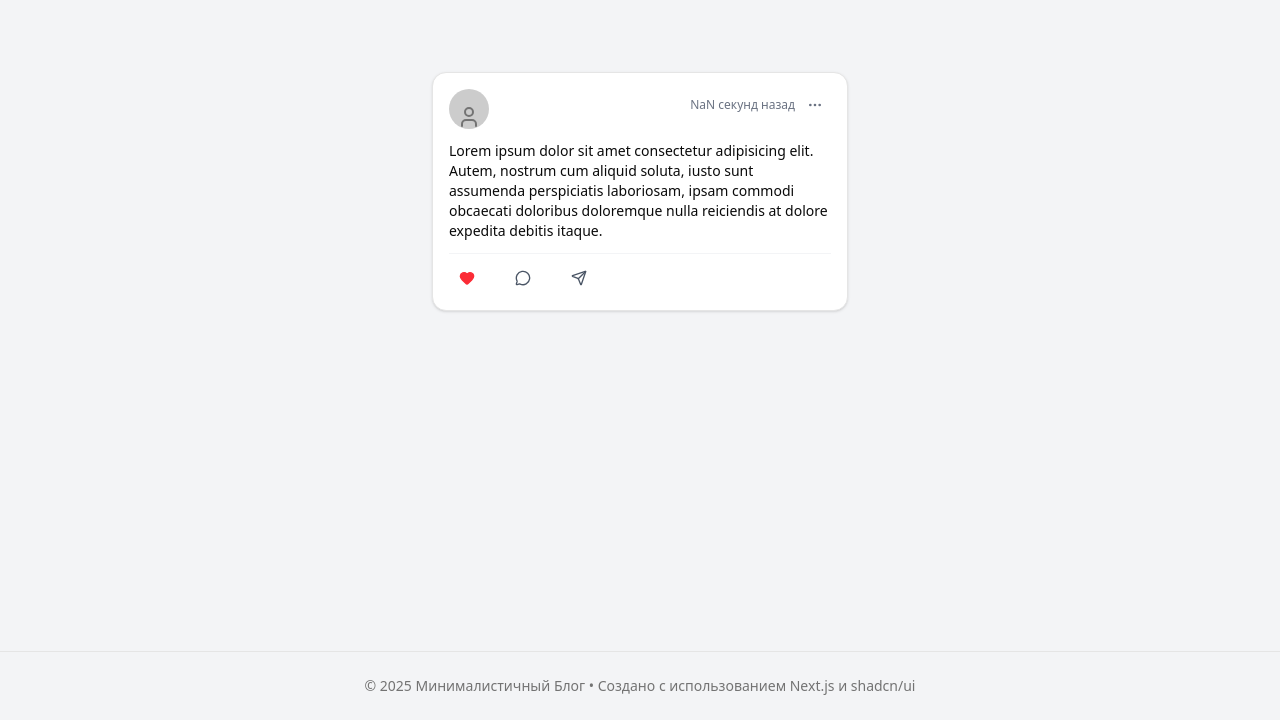
Repository: maxempolk/Telegram-channel
Page: /
The author's editor kept a copy of each file at every save. The page is drawn from the files as they stood at one save, then again after the next save.
The browser window is 1280 px wide. The pictures show the whole page.
The project was rebuilt for these pictures with package versions that can differ from the ones it lists, and the page was loaded fresh each time. The framework's server and built-in components were replaced by stand-ins that run in the browser. Also part of the build but not shown: next.config.ts.

Above is the page before, as saved 2025-03-09 01:33:58.

### src/app/layout.tsx
import type { Metadata } from 'next';
import { Geist, Geist_Mono } from 'next/font/google';
import '@/app/globals.css';
import Header from '@/components/header/Header';
import Footer from '@/components/footer/Footer';

const geistSans = Geist({
  variable: '--font-geist-sans',
  subsets: ['latin'],
});

const geistMono = Geist_Mono({
  variable: '--font-geist-mono',
  subsets: ['latin'],
});

export const metadata: Metadata = {
  title: 'Create Next App',
  description: 'Generated by create next app',
};

export default function RootLayout({
  children,
}: Readonly<{
  children: React.ReactNode;
}>) {
  return (
    <html lang="en">
      <body className={`${geistSans.variable} ${geistMono.variable} antialiased`}>
        <div className="flex flex-col w-full h-screen overflow-x-hidden">
          <Header />
          <main className="container mx-auto py-6 grow">{children}</main>
          <Footer />
        </div>
      </body>
    </html>
  );
}

### src/app/page.tsx
import Post from '@/components/post/Post';

export default function Home() {
  const fake_post = {
    id: 1,
    title: 'post1',
    content:
      'Lorem ipsum dolor sit amet consectetur adipisicing elit. Autem, nostrum cum aliquid soluta, iusto sunt assumenda perspiciatis laboriosam, ipsam commodi obcaecati doloribus doloremque nulla reiciendis at dolore expedita debitis itaque.',
    createdAt: new Date(),
    updatedAt: new Date(),
    imagesUrl: ['afsfasafs'],
    tags: [] as string[],
  };
  return (
    <>
      <Post post={fake_post} />
    </>
  );
}

### src/app/globals.css
@import 'tailwindcss';

@plugin "tailwindcss-animate";

@custom-variant dark (&:is(.dark *));

@theme inline {
  --color-background: var(--background);
  --color-foreground: var(--foreground);
  --font-sans: var(--font-geist-sans);
  --font-mono: var(--font-geist-mono);
  --color-sidebar-ring: var(--sidebar-ring);
  --color-sidebar-border: var(--sidebar-border);
  --color-sidebar-accent-foreground: var(--sidebar-accent-foreground);
  --color-sidebar-accent: var(--sidebar-accent);
  --color-sidebar-primary-foreground: var(--sidebar-primary-foreground);
  --color-sidebar-primary: var(--sidebar-primary);
  --color-sidebar-foreground: var(--sidebar-foreground);
  --color-sidebar: var(--sidebar);
  --color-chart-5: var(--chart-5);
  --color-chart-4: var(--chart-4);
  --color-chart-3: var(--chart-3);
  --color-chart-2: var(--chart-2);
  --color-chart-1: var(--chart-1);
  --color-ring: var(--ring);
  --color-input: var(--input);
  --color-border: var(--border);
  --color-destructive-foreground: var(--destructive-foreground);
  --color-destructive: var(--destructive);
  --color-accent-foreground: var(--accent-foreground);
  --color-accent: var(--accent);
  --color-muted-foreground: var(--muted-foreground);
  --color-muted: var(--muted);
  --color-secondary-foreground: var(--secondary-foreground);
  --color-secondary: var(--secondary);
  --color-primary-foreground: var(--primary-foreground);
  --color-primary: var(--primary);
  --color-popover-foreground: var(--popover-foreground);
  --color-popover: var(--popover);
  --color-card-foreground: var(--card-foreground);
  --color-card: var(--card);
  --radius-sm: calc(var(--radius) - 4px);
  --radius-md: calc(var(--radius) - 2px);
  --radius-lg: var(--radius);
  --radius-xl: calc(var(--radius) + 4px);
}

body {
  background-color: var(--background);
}

:root {
  --background: oklch(96.7% 0.0029 264.54);
  --foreground: oklch(0.145 0 0);
  --card: oklch(1 0 0);
  --card-foreground: oklch(0.145 0 0);
  --popover: oklch(1 0 0);
  --popover-foreground: oklch(0.145 0 0);
  --primary: oklch(0.205 0 0);
  --primary-foreground: oklch(0.985 0 0);
  --secondary: oklch(0.97 0 0);
  --secondary-foreground: oklch(0.205 0 0);
  --muted: oklch(0.97 0 0);
  --muted-foreground: oklch(0.556 0 0);
  --accent: oklch(0.97 0 0);
  --accent-foreground: oklch(0.205 0 0);
  --destructive: oklch(0.577 0.245 27.325);
  --destructive-foreground: oklch(0.577 0.245 27.325);
  --border: oklch(0.922 0 0);
  --input: oklch(0.922 0 0);
  --ring: oklch(0.708 0 0);
  --chart-1: oklch(0.646 0.222 41.116);
  --chart-2: oklch(0.6 0.118 184.704);
  --chart-3: oklch(0.398 0.07 227.392);
  --chart-4: oklch(0.828 0.189 84.429);
  --chart-5: oklch(0.769 0.188 70.08);
  --radius: 0.625rem;
  --sidebar: oklch(0.985 0 0);
  --sidebar-foreground: oklch(0.145 0 0);
  --sidebar-primary: oklch(0.205 0 0);
  --sidebar-primary-foreground: oklch(0.985 0 0);
  --sidebar-accent: oklch(0.97 0 0);
  --sidebar-accent-foreground: oklch(0.205 0 0);
  --sidebar-border: oklch(0.922 0 0);
  --sidebar-ring: oklch(0.708 0 0);
}

.dark {
  --background: oklch(0.145 0 0);
  --foreground: oklch(0.985 0 0);
  --card: oklch(0.145 0 0);
  --card-foreground: oklch(0.985 0 0);
  --popover: oklch(0.145 0 0);
  --popover-foreground: oklch(0.985 0 0);
  --primary: oklch(0.985 0 0);
  --primary-foreground: oklch(0.205 0 0);
  --secondary: oklch(0.269 0 0);
  --secondary-foreground: oklch(0.985 0 0);
  --muted: oklch(0.269 0 0);
  --muted-foreground: oklch(0.708 0 0);
  --accent: oklch(0.269 0 0);
  --accent-foreground: oklch(0.985 0 0);
  --destructive: oklch(0.396 0.141 25.723);
  --destructive-foreground: oklch(0.637 0.237 25.331);
  --border: oklch(0.269 0 0);
  --input: oklch(0.269 0 0);
  --ring: oklch(0.439 0 0);
  --chart-1: oklch(0.488 0.243 264.376);
  --chart-2: oklch(0.696 0.17 162.48);
  --chart-3: oklch(0.769 0.188 70.08);
  --chart-4: oklch(0.627 0.265 303.9);
  --chart-5: oklch(0.645 0.246 16.439);
  --sidebar: oklch(0.205 0 0);
  --sidebar-foreground: oklch(0.985 0 0);
  --sidebar-primary: oklch(0.488 0.243 264.376);
  --sidebar-primary-foreground: oklch(0.985 0 0);
  --sidebar-accent: oklch(0.269 0 0);
  --sidebar-accent-foreground: oklch(0.985 0 0);
  --sidebar-border: oklch(0.269 0 0);
  --sidebar-ring: oklch(0.439 0 0);
}

@layer base {
  * {
    @apply border-border outline-ring/50;
  }
  body {
    @apply bg-background text-foreground;
  }
}

### src/components/header/Header.tsx
const Header = () => {
  return (
    <header className="sticky container mx-auto py-4">
      {/* <h1 className="text-3xl font-bold tracking-tight mb-1">Teleblog</h1> */}
    </header>
  );
};

export default Header;

### src/components/footer/Footer.tsx
const Footer = () => {
  return (
    <footer className="border-t mt-12">
      <div className="container mx-auto py-6 text-center text-sm text-muted-foreground">
        © 2025 Минималистичный Блог • Создано с использованием Next.js и shadcn/ui
      </div>
    </footer>
  );
};

export default Footer;

### src/components/post/Post.tsx
import { Card, CardContent } from '@/components/ui/card';
import { Button } from '@/components/ui/button';
import { Heart, MessageCircle, Send, Bookmark, MoreHorizontal, User } from 'lucide-react';
import { FC } from 'react';
import { Post as PrismaPostType } from '@prisma/client';
import getTimeAgo from '@/utils/getTimeAgo';

interface PostProps {
  post: PrismaPostType;
}

const Post: FC<PostProps> = ({ post }) => {
  // const handleLike = (id: number) => {
  //   setPosts(
  //     posts.map(post => {
  //       if (post.id === id) {
  //         return {
  //           ...post,
  //           liked: !post.liked,
  //           likes: post.liked ? post.likes - 1 : post.likes + 1,
  //         };
  //       }
  //       return post;
  //     })
  //   );
  // };

  // const handleSave = (id: number) => {
  //   setPosts(
  //     posts.map(post => {
  //       if (post.id === id) {
  //         return { ...post, saved: !post.saved };
  //       }
  //       return post;
  //     })
  //   );
  // };

  return (
    <div className="flex flex-col gap-4 w-full max-w-md mx-auto p-4">
      <Card key={post.id}>
        <CardContent className="p-4">
          <div className="flex justify-between items-start mb-3">
            <div className="flex items-center gap-2">
              <div className="size-10 flex justify-center items-end rounded-full bg-black/20">
                <User className="text-muted-foreground size-6" />
              </div>
            </div>
            <div className="text-xs text-gray-500 flex items-center">
              {getTimeAgo(post.date)}
              <Button variant="ghost" size="icon" className="h-8 w-8 ml-1">
                <MoreHorizontal className="h-4 w-4" />
              </Button>
            </div>
          </div>

          <div className="text-sm mb-3">{post.content}</div>

          <div className="flex justify-between items-center pt-2 border-t border-gray-100">
            <div className="flex gap-4">
              <Button
                variant="ghost"
                size="sm"
                className="px-0 h-8 text-gray-600"
                // onClick={() => handleLike(post.id)}
              >
                {/* TODO: добавить проверку лайкнут ли пост */}
                <Heart className={`h-4 w-4 mr-1 ${true ? 'fill-red-500 text-red-500' : ''}`} />
                {/* <span className="text-xs">{post.likes}</span> */}
              </Button>
              <Button variant="ghost" size="sm" className="px-0 h-8 text-gray-600">
                <MessageCircle className="h-4 w-4 mr-1" />
                {/* <span className="text-xs">{post.comments}</span> */}
              </Button>
              <Button variant="ghost" size="sm" className="px-0 h-8 text-gray-600">
                <Send className="h-4 w-4" />
              </Button>
            </div>
            <Button
              variant="ghost"
              size="sm"
              className="px-0 h-8"
              // onClick={() => handleSave(post.id)}
            >
              {/* <Bookmark
                className={`h-4 w-4 ${post.saved ? 'fill-blue-500 text-blue-500' : 'text-gray-600'}`}
              /> */}
            </Button>
          </div>
        </CardContent>
      </Card>
    </div>
  );
};

export default Post;

### src/components/ui/card.tsx
import * as React from 'react';

import { cn } from '@/lib/utils';

function Card({ className, ...props }: React.ComponentProps<'div'>) {
  return (
    <div
      data-slot="card"
      className={cn(
        'bg-card text-card-foreground flex flex-col gap-6 rounded-xl border shadow-sm',
        className
      )}
      {...props}
    />
  );
}

function CardHeader({ className, ...props }: React.ComponentProps<'div'>) {
  return (
    <div
      data-slot="card-header"
      className={cn('flex flex-col gap-1.5 px-6', className)}
      {...props}
    />
  );
}

function CardTitle({ className, ...props }: React.ComponentProps<'div'>) {
  return (
    <div
      data-slot="card-title"
      className={cn('leading-none font-semibold', className)}
      {...props}
    />
  );
}

function CardDescription({ className, ...props }: React.ComponentProps<'div'>) {
  return (
    <div
      data-slot="card-description"
      className={cn('text-muted-foreground text-sm', className)}
      {...props}
    />
  );
}

function CardContent({ className, ...props }: React.ComponentProps<'div'>) {
  return <div data-slot="card-content" className={cn('px-6', className)} {...props} />;
}

function CardFooter({ className, ...props }: React.ComponentProps<'div'>) {
  return (
    <div data-slot="card-footer" className={cn('flex items-center px-6', className)} {...props} />
  );
}

export { Card, CardHeader, CardFooter, CardTitle, CardDescription, CardContent };

### src/components/ui/button.tsx
import * as React from 'react';
import { Slot } from '@radix-ui/react-slot';
import { cva, type VariantProps } from 'class-variance-authority';

import { cn } from '@/lib/utils';

const buttonVariants = cva(
  "inline-flex items-center justify-center gap-2 whitespace-nowrap rounded-md text-sm font-medium transition-[color,box-shadow] disabled:pointer-events-none disabled:opacity-50 [&_svg]:pointer-events-none [&_svg:not([class*='size-'])]:size-4 shrink-0 [&_svg]:shrink-0 outline-none focus-visible:border-ring focus-visible:ring-ring/50 focus-visible:ring-[3px] aria-invalid:ring-destructive/20 dark:aria-invalid:ring-destructive/40 aria-invalid:border-destructive",
  {
    variants: {
      variant: {
        default: 'bg-primary text-primary-foreground shadow-xs hover:bg-primary/90',
        destructive:
          'bg-destructive text-white shadow-xs hover:bg-destructive/90 focus-visible:ring-destructive/20 dark:focus-visible:ring-destructive/40',
        outline:
          'border border-input bg-background shadow-xs hover:bg-accent hover:text-accent-foreground',
        secondary: 'bg-secondary text-secondary-foreground shadow-xs hover:bg-secondary/80',
        ghost: 'hover:bg-accent hover:text-accent-foreground',
        link: 'text-primary underline-offset-4 hover:underline',
      },
      size: {
        default: 'h-9 px-4 py-2 has-[>svg]:px-3',
        sm: 'h-8 rounded-md gap-1.5 px-3 has-[>svg]:px-2.5',
        lg: 'h-10 rounded-md px-6 has-[>svg]:px-4',
        icon: 'size-9',
      },
    },
    defaultVariants: {
      variant: 'default',
      size: 'default',
    },
  }
);

function Button({
  className,
  variant,
  size,
  asChild = false,
  ...props
}: React.ComponentProps<'button'> &
  VariantProps<typeof buttonVariants> & {
    asChild?: boolean;
  }) {
  const Comp = asChild ? Slot : 'button';

  return (
    <Comp
      data-slot="button"
      className={cn(buttonVariants({ variant, size, className }))}
      {...props}
    />
  );
}

export { Button, buttonVariants };

### src/utils/getTimeAgo.ts
export default function getTimeAgo(timestamp: number) {
  const now = new Date().getTime();

  const messageTime = timestamp * 1000;

  const diff = now - messageTime;

  const seconds = Math.floor(diff / 1000);

  const minutes = Math.floor(seconds / 60);
  const hours = Math.floor(minutes / 60);
  const days = Math.floor(hours / 24);
  const months = Math.floor(days / 30.44);
  const years = Math.floor(months / 12);

  const pluralize = (number: number, one: string, few: string, many: string) => {
    if (number % 10 === 1 && number % 100 !== 11) {
      return `${number} ${one}`;
    } else if ([2, 3, 4].includes(number % 10) && ![12, 13, 14].includes(number % 100)) {
      return `${number} ${few}`;
    } else {
      return `${number} ${many}`;
    }
  };

  if (years > 0) {
    return pluralize(years, 'год', 'года', 'лет') + ' назад';
  } else if (months > 0) {
    return pluralize(months, 'месяц', 'месяца', 'месяцев') + ' назад';
  } else if (days > 0) {
    return pluralize(days, 'день', 'дня', 'дней') + ' назад';
  } else if (hours > 0) {
    return pluralize(hours, 'час', 'часа', 'часов') + ' назад';
  } else if (minutes > 0) {
    return pluralize(minutes, 'минуту', 'минуты', 'минут') + ' назад';
  } else {
    return pluralize(seconds, 'секунду', 'секунды', 'секунд') + ' назад';
  }
}

Loaded but not shown: src/lib/utils.ts (common file)

After the next save:
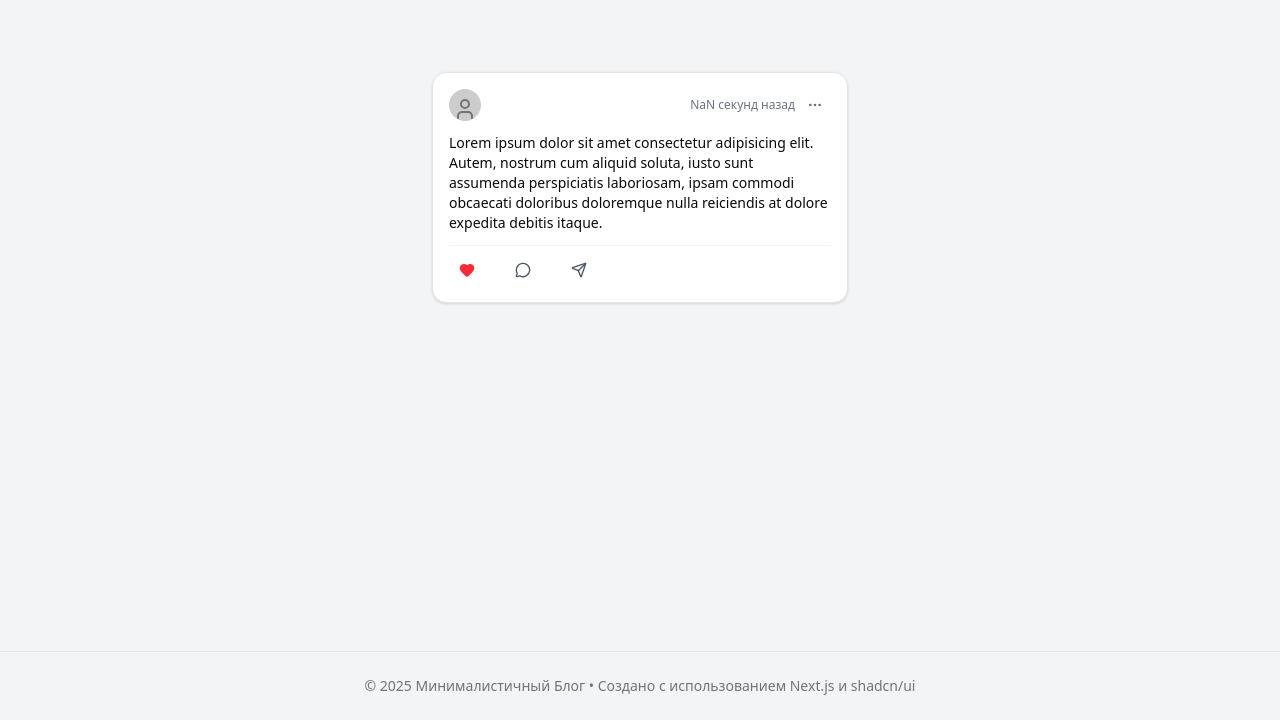
Saved 4 s later.
--- a/src/components/post/Post.tsx
+++ b/src/components/post/Post.tsx
@@ -42,7 +42,7 @@ const Post: FC<PostProps> = ({ post }) => {
         <CardContent className="p-4">
           <div className="flex justify-between items-start mb-3">
             <div className="flex items-center gap-2">
-              <div className="size-10 flex justify-center items-end rounded-full bg-black/20">
+              <div className="size-8 flex justify-center items-end rounded-full bg-black/20">
                 <User className="text-muted-foreground size-6" />
               </div>
             </div>
